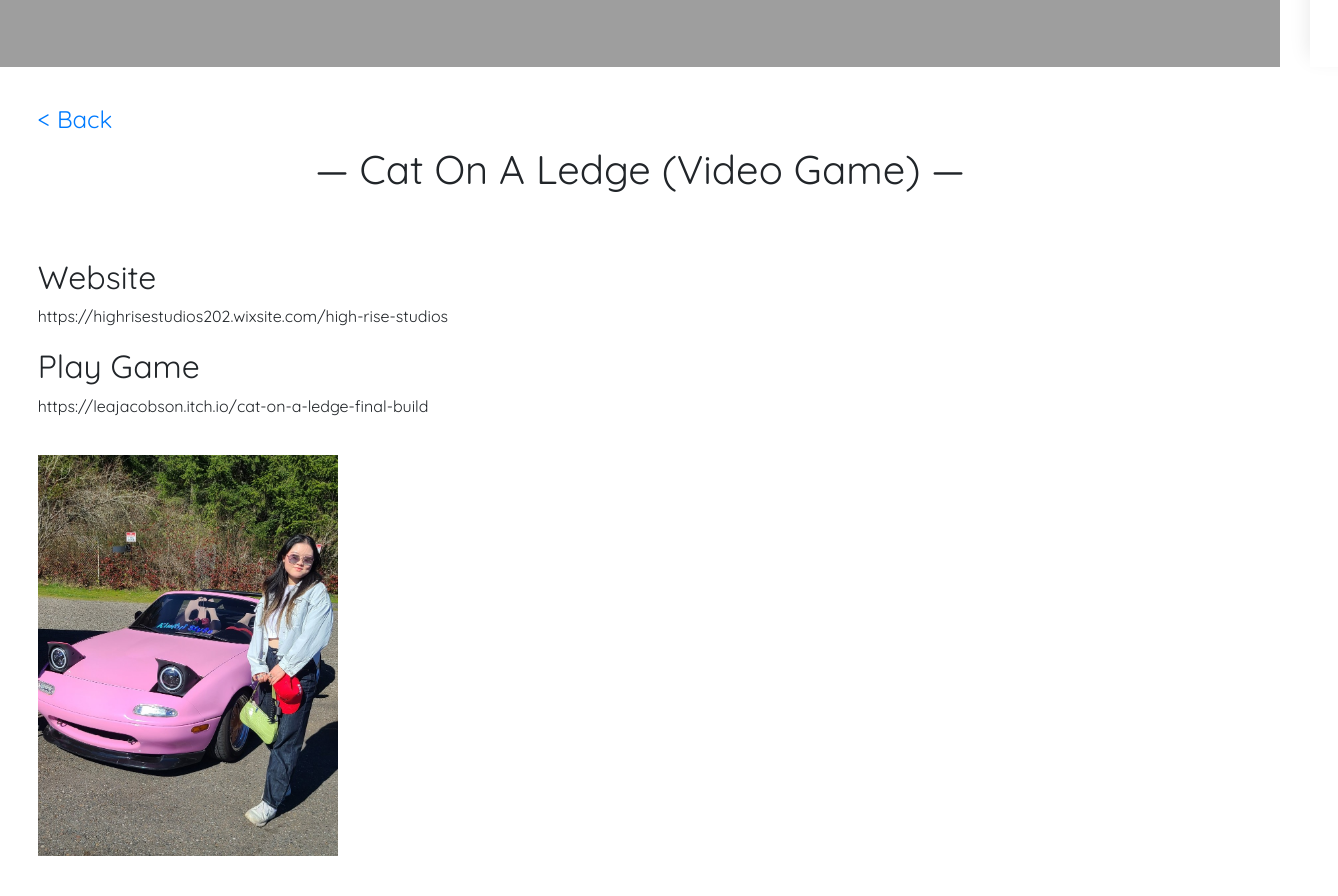
Repository: schon02/seoyun-chon-portfolio
Page: projects_catonaledge_page.html
The author's editor kept a copy of each file at every save. The page is drawn from the files as they stood at one save, then again after the next save.
The browser window is 1280 px wide. The page is 1338 px wide, so the pictures cover 1338 px, including what lies to the right of the window. The pictures show the part of the page from y = 653 to 1549 px (the page is 1849 px tall before and 1834 px after).
Pictures or frames that could not be fetched are drawn as grey boxes.

Above is the page before, as saved 2025-01-31 17:15:56.

### projects_catonaledge_page.html
<!DOCTYPE html>
<html>
    <head>
        <!-- <link href="style.css" rel="stylesheet" /> -->

        <!-- Required meta tags -->
        <meta charset="utf-8">
        <meta name="viewport" content="width=device-width, initial-scale=1, shrink-to-fit=no">

        <link href="https://fonts.googleapis.com/css?family=Quicksand:400,600,700&display=swap" rel="stylesheet">

        <link rel="stylesheet" href="fonts/icomoon/style.css">

        <link rel="stylesheet" href="css/owl.carousel.min.css">

        <!-- Bootstrap CSS -->
        <link rel="stylesheet" href="css/bootstrap.min.css">

        <!-- Style -->
        <link rel="stylesheet" href="css/style.css">

        <title>Home Page</title>

    </head>

    <body>
        <!-- <header>
            <nav>
                <ul>
                    <li><a class="active" href="index.html">Home</a></li>
                    <li><a href="services_page.html">Services</a></li>
                    <li><a href="contact_page.html">Contact</a></li>
                </ul>
            </nav>
        </header> -->

        <div class="site-mobile-menu site-navbar-target">
            <div class="site-mobile-menu-header">
              <div class="site-mobile-menu-close mt-3">
                <span class="icon-close2 js-menu-toggle"></span>
              </div>
            </div>
            <div class="site-mobile-menu-body"></div>
          </div> <!-- .site-mobile-menu -->

        <div class="site-navbar-wrap">
            <div class="site-navbar-top">
              <div class="container py-3">
                <div class="row align-items-center">
                  <div class="col-6">
                    <div class="d-flex mr-auto">
                      <a href="#" class="d-flex align-items-center mr-4">
                        <span class="icon-envelope mr-2"></span>
                        <span class="d-none d-md-inline-block">seoyunchon@gmail.com</span>
                      </a>
                      <!-- <a href="#" class="d-flex align-items-center mr-auto">
                        <span class="icon-phone mr-2"></span>
                        <span class="d-none d-md-inline-block">+1 234 4567 8910</span>
                      </a> -->
                    </div>
                  </div>
                  <div class="col-6 text-right">
                    <div class="mr-auto">
                      <!-- <a href="#" class="p-2 pl-0"><span class="icon-twitter"></span></a> -->
                      <!-- <a href="#" class="p-2 pl-0"><span class="icon-facebook"></span></a> -->
                      <a href="https://www.linkedin.com/in/seoyun-chon/" class="p-2 pl-0"><span class="icon-linkedin"></span></a>
                      <!-- <a href="#" class="p-2 pl-0"><span class="icon-instagram"></span></a> -->
                    </div>

                  </div>
                </div>
              </div>
            </div>

            <div class="site-navbar site-navbar-target js-sticky-header">
              <div class="container">
                <div class="row align-items-center">
                  <div class="col-2">
                    <h1 class="my-0 site-logo"><a href="index.html">Seoyun&nbsp;Chon</a></h1>
                  </div>
                  <div class="col-10">
                    <nav class="site-navigation text-right" role="navigation">
                      <div class="container">
                        <div class="d-inline-block d-lg-none ml-md-0 mr-auto py-3"><a href="#" class="site-menu-toggle js-menu-toggle text-white"><span class="icon-menu h3"></span></a></div>

                        <ul class="site-menu main-menu js-clone-nav d-none d-lg-block">
                          <li><a href="index.html" class="nav-link">Home</a></li>
                          <li class="active"><a href="projects_page.html" class="nav-link">Projects</a></li>
                          <li class="has-children">
                            <a href="#" class="nav-link">Pages</a>
                            <ul class="dropdown arrow-top">
                              <li><a href="#" class="nav-link">Team</a></li>
                              <li><a href="#" class="nav-link">Pricing</a></li>
                              <li><a href="#" class="nav-link">FAQ</a></li>
                              <li class="has-children">
                                <a href="#">More Links</a>
                                <ul class="dropdown">
                                  <li><a href="#">Menu One</a></li>
                                  <li><a href="#">Menu Two</a></li>
                                  <li><a href="#">Menu Three</a></li>
                                </ul>
                              </li>
                            </ul>
                          </li>
                          <!-- <li><a href="#about-section" class="nav-link">About</a></li> -->
                          <li><a href="resume_page.html" class="nav-link">Resume</a></li>
                          <!-- <li><a href="#gallery-section" class="nav-link">Gallery</a></li> -->
                          <li><a href="contact_page.html" class="nav-link">Contact</a></li>
                        </ul>
                      </div>
                    </nav>
                  </div>
                </div>
              </div>
            </div>
          </div>


          <div class="hero" style="background-image: url('images/s2k2.JPG');"></div>

          <div style="padding-top: 1cm; padding-left: 1cm;">
            <a href="projects_page.html">
              <h4>< Back</h4>
            </a>
          </div>

        <div class="text-center" style="padding-top: 0.1cm;">
          <h1>— Cat On A Ledge (Video Game) —</h1>
        </div>

        <div class="text-left" style="padding-top: 0.5cm; padding-left: 1cm;">
          <h2 style="padding-top: 1cm;">Website</h2>
          <a href="https://highrisestudios202.wixsite.com/high-rise-studios" class="text-reset"> https://highrisestudios202.wixsite.com/high-rise-studios </a>
          <h2 style="padding-top: 0.5cm;">Play Game</h2>
          <a href="https://leajacobson.itch.io/cat-on-a-ledge-final-build" class="text-reset"> https://leajacobson.itch.io/cat-on-a-ledge-final-build </a>
          <p><img src="images/pink_miata.JPEG"
               style="width:300px; padding-top: 1cm;"></p>
      </div>



        <script src="js/jquery-3.3.1.min.js"></script>
        <script src="js/popper.min.js"></script>
        <script src="js/bootstrap.min.js"></script>
        <script src="js/jquery.sticky.js"></script>
        <script src="js/main.js"></script>

    </body>

<!-- Footer -->
<footer class="text-center text-lg-start bg-white text-muted">

  <section class="d-flex justify-content-center justify-content-lg-between p-4 border-bottom">
  </section>

  <!-- Section: Links  -->
  <section class="">
    <div class="container text-center text-md-start mt-5">
      <!-- Grid row -->
      <div class="row mt-3">
        <!-- Grid column -->
        <div class="col-md-3 col-lg-4 col-xl-3 mx-auto mb-4">
          <!-- Content -->
          <h6 class="text-uppercase fw-bold mb-4">
            <i class="fas fa-gem me-3 text-secondary"></i>Seoyun Chon
          </h6>
          <p>
            Contact me via email or LinkedIn with any questions or comments you may have. Thank you!
          </p>
        </div>
        <!-- Grid column -->

        <!-- Grid column -->
        <div class="col-md-4 col-lg-3 col-xl-3 mx-auto mb-md-0 mb-4">
          <!-- Links -->
          <h6 class="text-uppercase fw-bold mb-4">Contact</h6>
          <p><i class="fas fa-home me-3 text-secondary"></i> seoyunchon@gmail.com</p>
          <p>
            <i class="fas fa-envelope me-3 text-secondary"></i>
            <a href="https://www.linkedin.com/in/seoyun-chon/" class="text-reset"> LinkedIn </a>
          </p>
        </div>
        <!-- Grid column -->
      </div>
      <!-- Grid row -->
    </div>
  </section>
  <!-- Section: Links  -->

  <!-- Copyright -->
  <div class="text-center p-4" style="background-color: rgba(0, 0, 0, 0.025);">
    © 2025 Copyright:
    <a class="text-reset fw-bold" href="https://mdbootstrap.com/">Seoyun Chon</a>
  </div>
  <!-- Copyright -->
</footer>
<!-- Footer -->


</html>

Loaded but not shown: fonts/icomoon/style.css (common file); css/owl.carousel.min.css (library); css/bootstrap.min.css (library); js/jquery-3.3.1.min.js (library); js/popper.min.js (library); js/bootstrap.min.js (library); js/jquery.sticky.js (library); js/main.js (87 lines, source omitted); css/style.css (448 lines, source omitted)

After the next save:
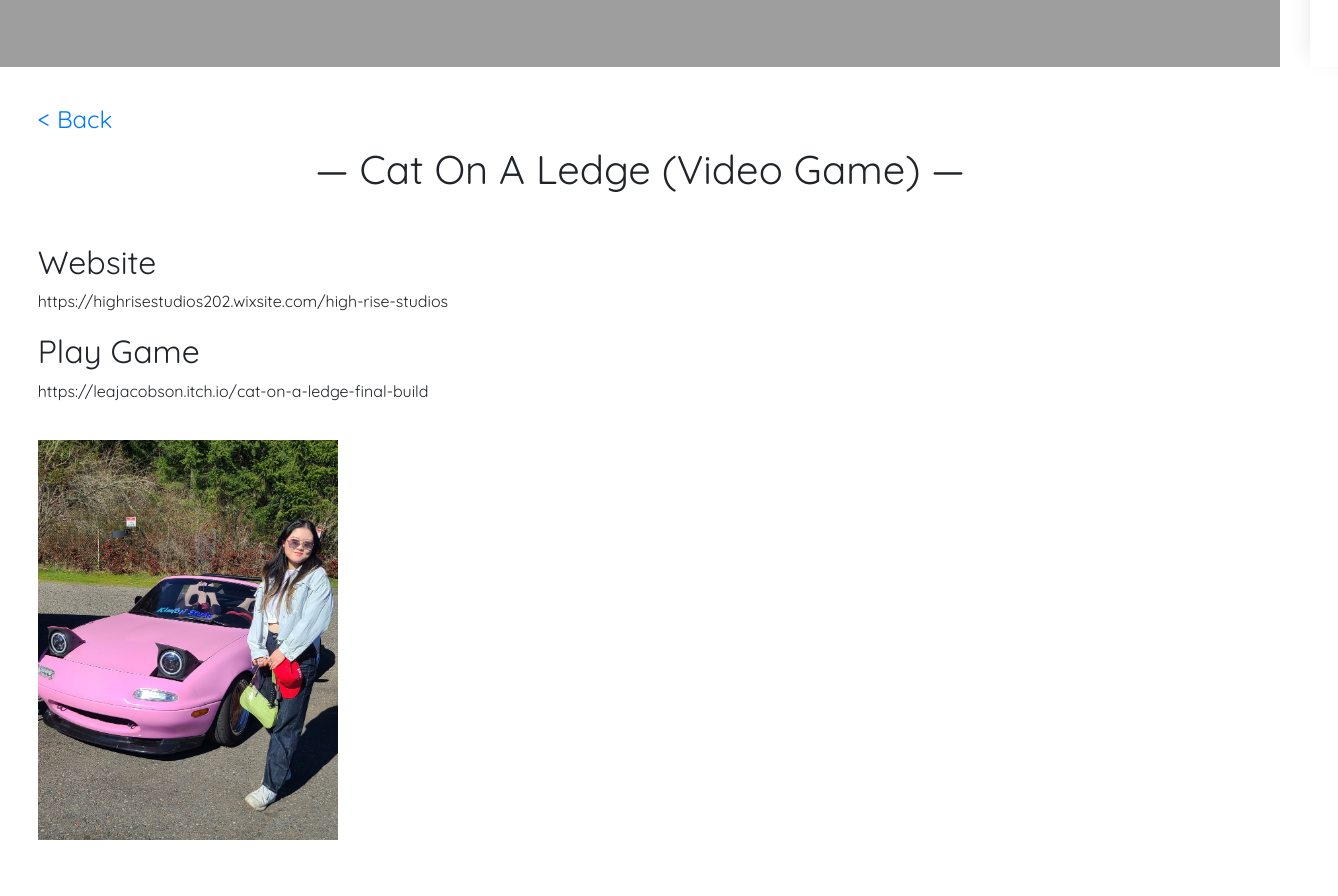
Saved 9 s later.
--- a/projects_catonaledge_page.html
+++ b/projects_catonaledge_page.html
@@ -128,7 +128,7 @@
           <h1>— Cat On A Ledge (Video Game) —</h1>
         </div>
 
-        <div class="text-left" style="padding-top: 0.5cm; padding-left: 1cm;">
+        <div class="text-left" style="padding-top: 0.1cm; padding-left: 1cm;">
           <h2 style="padding-top: 1cm;">Website</h2>
           <a href="https://highrisestudios202.wixsite.com/high-rise-studios" class="text-reset"> https://highrisestudios202.wixsite.com/high-rise-studios </a>
           <h2 style="padding-top: 0.5cm;">Play Game</h2>
